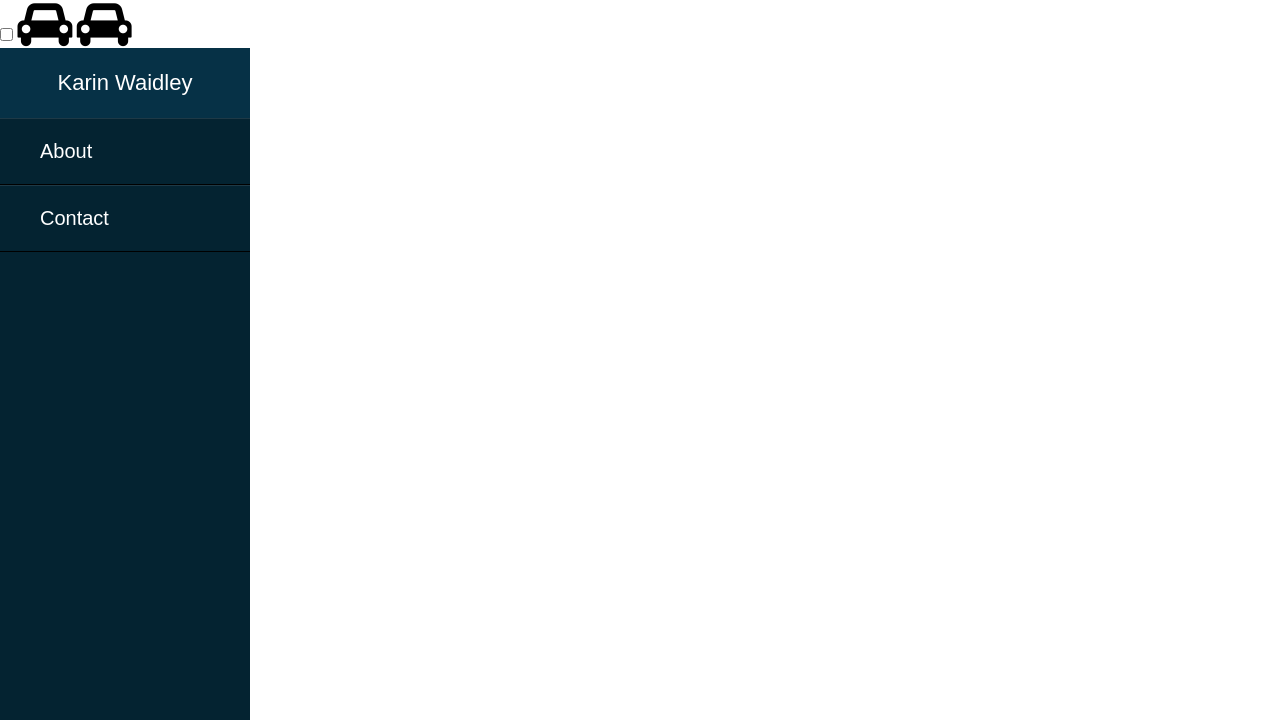
Repository: Ceasor7/Karin
Page: test.html
The author's editor kept a copy of each file at every save. The page is drawn from the files as they stood at one save, then again after the next save.
The browser window is 1280 px wide. The pictures show the whole page.

Above is the page before, as saved 2023-12-15 16:33:42.

### test.html
<!DOCTYPE html>
<html lang="en">

<head>
    <meta charset="UTF-8">
    <meta name="viewport" content="width=device-width, initial-scale=1.0">
    <title>Contact form</title>
    <link rel="stylesheet" href="stingo.css">
    <link rel="stylesheet" href="https://cdnjs.cloudflare.com/ajax/libs/font-awesome/4.7.0/css/font-awesome.min.css">
</head>


<body>
    <input type="checkbox" id="check">
    <label for="check">
        <i class="fa fa-car" style="font-size:48px;"></i>
        <i class="fa fa-car" style="font-size:48px;"></i>
    </label>
    <div class="sidebar">
        <header>Karin Waidley</header>
        <ul>
            <li><a href="about.html">About</a></li>
            <li><a href="contact.html">Contact</a></li>
        </ul>
    </div>
</body>

</html>

### stingo.css
body {
    font-family: Arial, Helvetica, sans-serif;
}

* {
    margin: 0;
    padding: 0;
    list-style: none;
    text-decoration: none;
}

.sidebar {
    position: fixed;
    left: 0;
    width: 250px;
    height: 100%;
    background: #042331;
}

.sidebar header {
    font-size: 22px;
    color: white;
    text-align: center;
    line-height: 70px;
    background: #063146;
    user-select: none;
}

.sidebar ul a {
    display: block;
    height: 100%;
    width: 100%;
    line-height: 65px;
    font-size: 20px;
    color: white;
    padding-left: 40px;
    box-sizing: border-box;
    border-top: 1px solid rgba(255, 255, 255, .1);
    border-bottom: 1px solid black;
    transition: .4s;
}

ul li:hover a {
    padding-left: 50px;
}

.sidebar ul a li {
    margin-right: 16px;
}

After the next save:
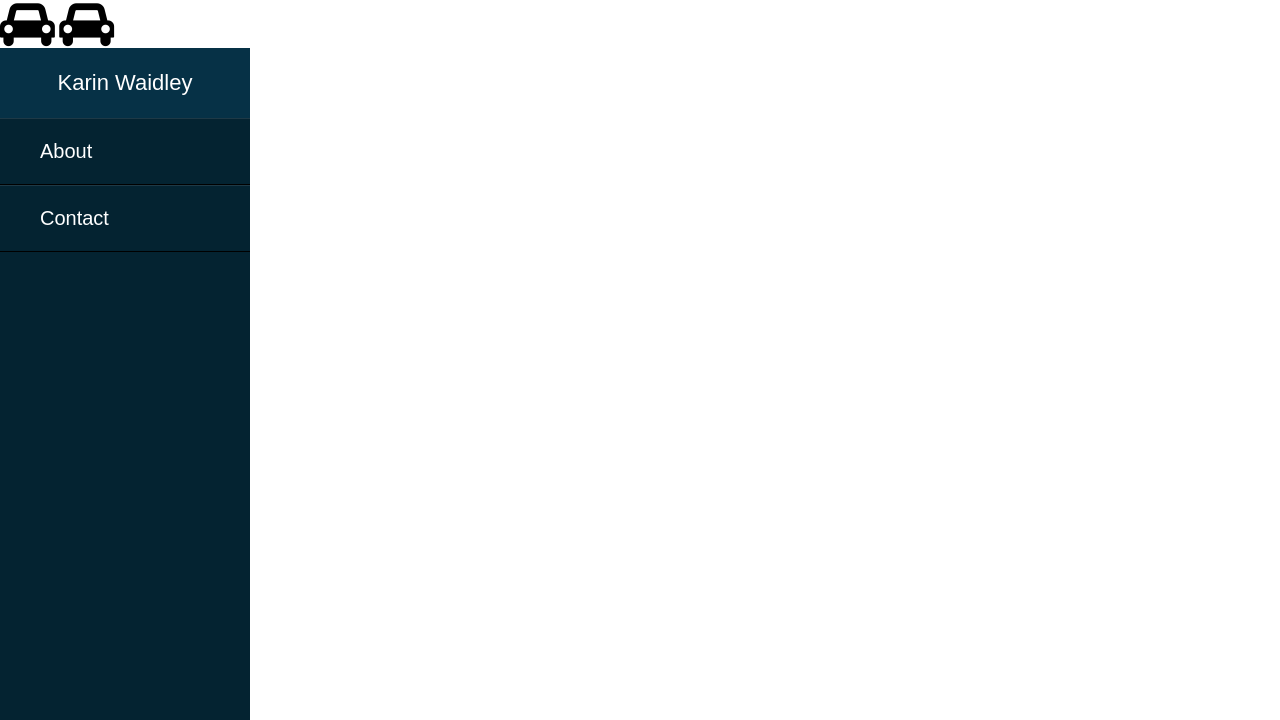
Saved 2 min 38 s later.
--- a/stingo.css
+++ b/stingo.css
@@ -47,3 +47,20 @@ ul li:hover a {
 .sidebar ul a li {
     margin-right: 16px;
 }
+
+
+#check {
+    display: none;
+}
+
+label #btn,
+label #cancel {
+    position: absolute;
+    cursor: pointer;
+}
+
+label #btn {
+    left: 40px;
+    top: 25px;
+    font-size: 35px;
+}
